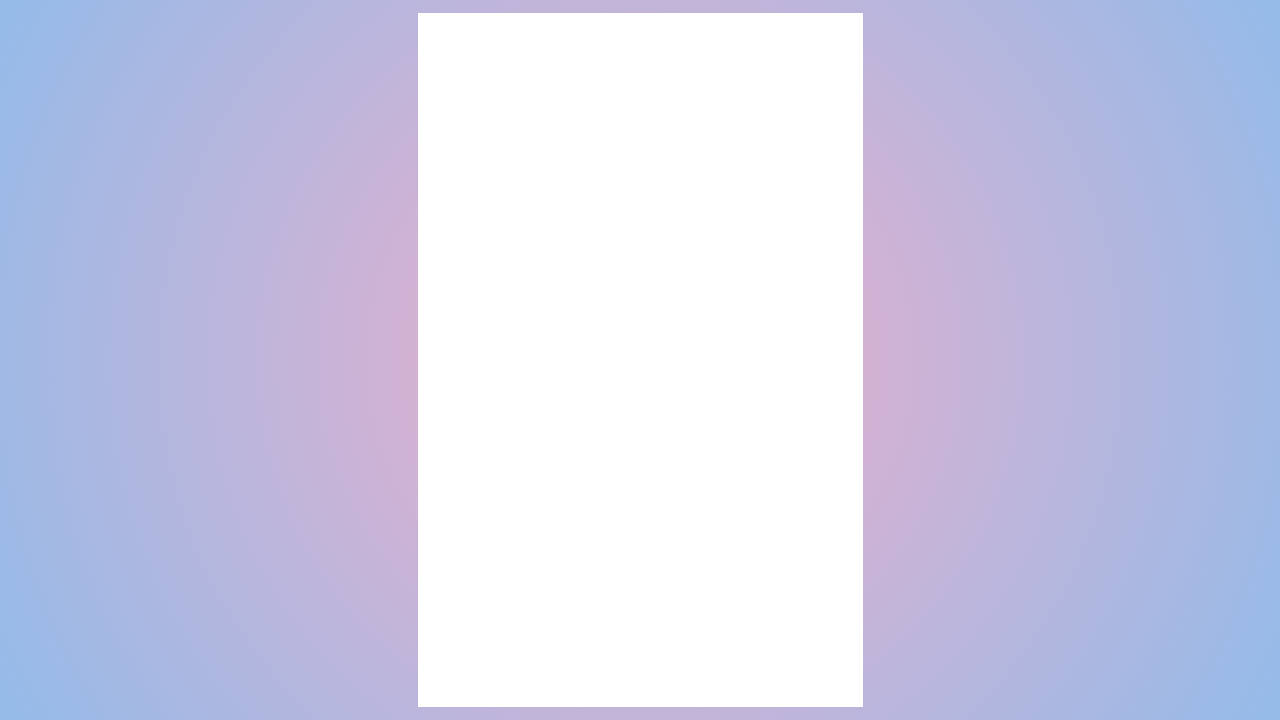
Repository: KamoliddinGIT/order-summary-card
Page: index.html
The author's editor kept a copy of each file at every save. The page is drawn from the files as they stood at one save, then again after the next save.
The browser window is 1280 px wide. The pictures show the whole page.

Above is the page before, as saved 2023-09-13 10:41:34.

After the next save:
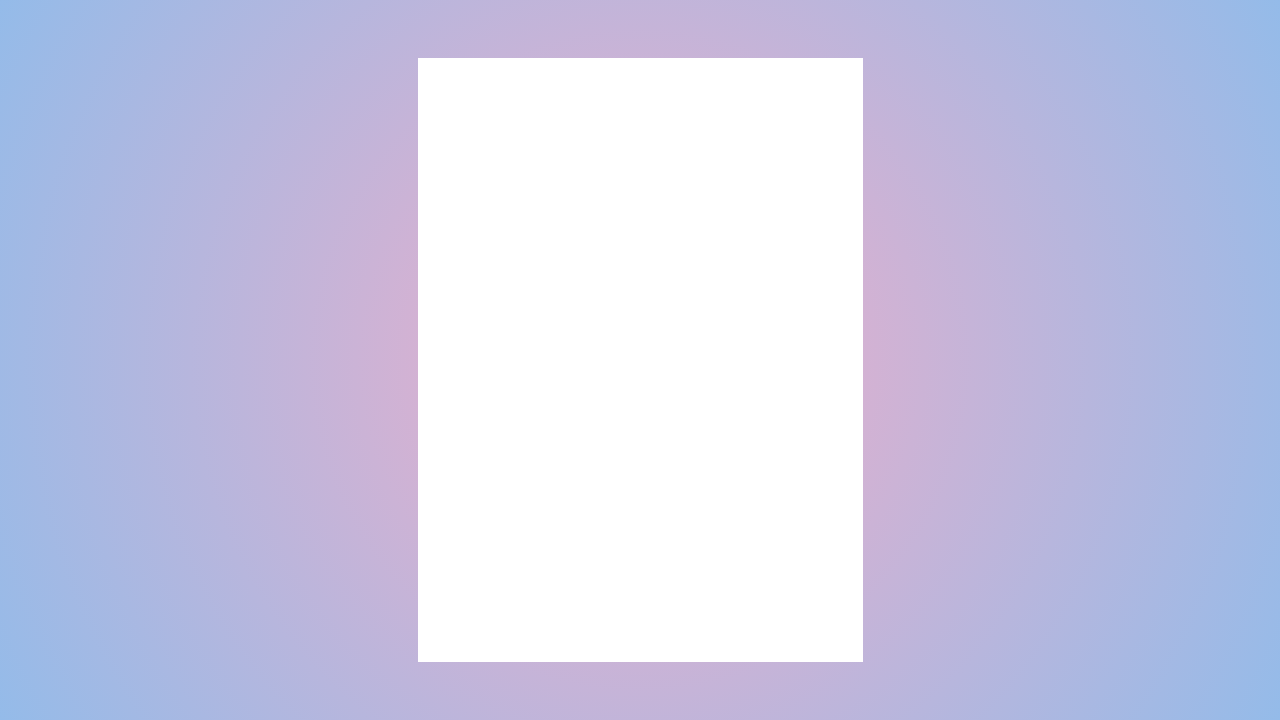
Saved 15 s later.
--- a/css/style.css
+++ b/css/style.css
@@ -20,6 +20,6 @@
 
 .container {
   width: 445px;
-  height: 694px;
+  height: 604px;
   background: #fff;
 }
